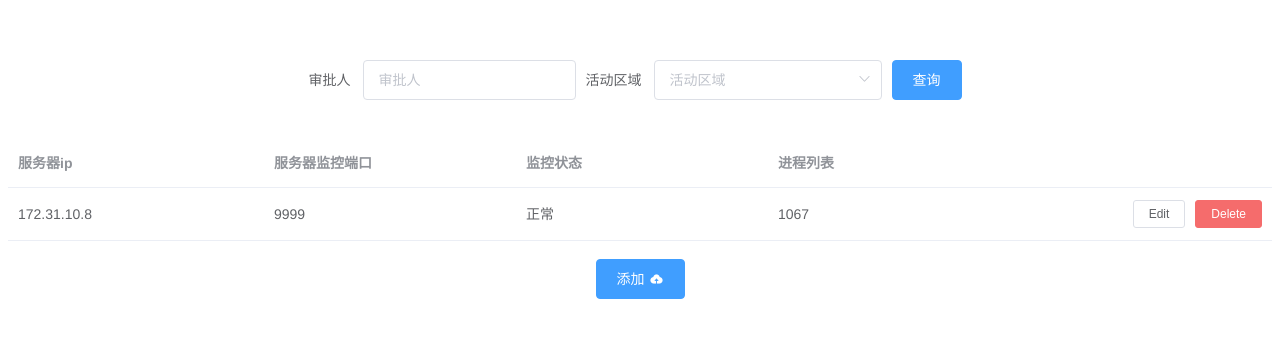
Repository: jiuceng1/monitor
Page: /#/show (app in nmonvue/)
An editor plug-in stored every save of this project. The page is shown before and after the next save, followed by the edit.
The browser window is 1280 px wide. The pictures show the whole page.
The project was rebuilt for these pictures with package versions that can differ from the ones it lists, and the page was loaded fresh each time. Also part of the build but not shown: nmonvue/src/components/HelloWorld.vue.

Above is the page before, as saved 2022-01-13 11:08:52.

### nmonvue/index.html
<!DOCTYPE html>
<html>
  <head>
    <meta charset="utf-8">
    <meta name="viewport" content="width=device-width,initial-scale=1.0">
    <title>nmonvue</title>
  </head>
  <body>
    <div id="app"></div>
    <!-- built files will be auto injected -->
  </body>
</html>

### nmonvue/src/router/index.js
import Vue from 'vue'
import Router from 'vue-router'
import HelloWorld from '@/components/HelloWorld'

Vue.use(Router)

export default new Router({
  routes: [
    {
      path: '/',
      name: 'HelloWorld',
      component: HelloWorld
    },{
      path: '/show',
      name: 'show',
      component:()=>import('@/view/show')
    }
  ]
})

### nmonvue/src/view/show.vue
<template>
    <div>
        <el-form :inline="true" :model="formInline" class="demo-form-inline">
        <el-form-item label="审批人">
            <el-input v-model="formInline.user" placeholder="审批人"></el-input>
        </el-form-item>
        <el-form-item label="活动区域">
            <el-select v-model="formInline.region" placeholder="活动区域">
            <el-option label="区域一" value="shanghai"></el-option>
            <el-option label="区域二" value="beijing"></el-option>
            </el-select>
        </el-form-item>
        <el-form-item>
            <el-button type="primary">查询</el-button>
        </el-form-item>
        </el-form>
        <br/>
    <el-table
    :data="tableData.filter(data => !search || data.name.toLowerCase().includes(search.toLowerCase()))"
    style="width: 100%">
    <el-table-column
      label="服务器ip"
      prop="ip">
    </el-table-column>
    <el-table-column
      label="服务器监控端口"
      prop="port">
    </el-table-column>
    <el-table-column
      label="监控状态"
      prop="state">
    </el-table-column>
    <el-table-column
      label="进程列表"
      prop="processList">
    </el-table-column>
    <el-table-column
      align="right">
      <template slot-scope="scope">
        <el-button
          size="mini"
          @click="handleEdit(scope.$index, scope.row)">Edit</el-button>
        <el-button
          size="mini"
          type="danger"
          @click="handleDelete(scope.$index, scope.row)">Delete</el-button>
      </template>
    </el-table-column>
  </el-table>
  <br/>
  <el-button type="primary" @click="showEnable=true">添加<i class="el-icon-upload el-icon--right"></i></el-button>
  <el-dialog title="添加服务器" :visible.sync="showEnable">
  <el-form :model="form">
    <el-form-item label="服务器ip" :label-width="formLabelWidth">
      <el-input v-model="form.ip" autocomplete="off"></el-input>
    </el-form-item>
    <el-form-item label="服务器账号" :label-width="formLabelWidth">
      <el-input v-model="form.account" autocomplete="off"></el-input>
    </el-form-item>
    <el-form-item label="服务器密码" :label-width="formLabelWidth">
      <el-input v-model="form.password" autocomplete="off"></el-input>
    </el-form-item>
    <el-form-item label="监控端口" :label-width="formLabelWidth">
      <el-input v-model="form.port" autocomplete="off"></el-input>
    </el-form-item>
    <el-form-item label="监控进程列表" :label-width="formLabelWidth">
      <el-input v-model="form.processList" autocomplete="off"></el-input>
    </el-form-item>
  </el-form>
  <div slot="footer" class="dialog-footer">
    <el-button @click="showEnable = false">取 消</el-button>
    <el-button type="primary" @click="update()">确 定</el-button>
  </div>
</el-dialog>
</div>
</template>

<script>
import axios from 'axios'
  export default {
    data() {
      return {
          formInline: {
          user: '',
          region: ''
        },
        showEnable: false,
        tableData: [{
          ip: '172.31.10.8',
          port: '9999',
          state: '正常',
          processList: '1067'
        }],
        search: '',
        form: {
          ip: '',
          account: '',
          password: '',
          port: '',
          processList: '',
        },
        formLabelWidth: '120px'
      }
    },
    methods: {
      handleEdit(index, row) {
        this.tableData.splice(index,1)
      },
      handleDelete(index, row) {
        this.tableData.splice(index,1)
      },
      update(){
        axios({
            url : 'http://127.0.0.1:8000/api/testapi/',
            method : 'post',
            data : this.form,
        }).then((response)=>{
            console.log(response.data)
            if(response.data=='True'){
                this.tableData.push({
                ip: this.form.ip,
                port: this.form.port,
                state: '正常',
                processList: this.form.processList
                })
            }
        })
        this.showEnable=false
      }
    },
  }
</script>

Loaded but not shown: nmonvue/src/main.js (common file); nmonvue/src/App.vue (common file)

After the next save:
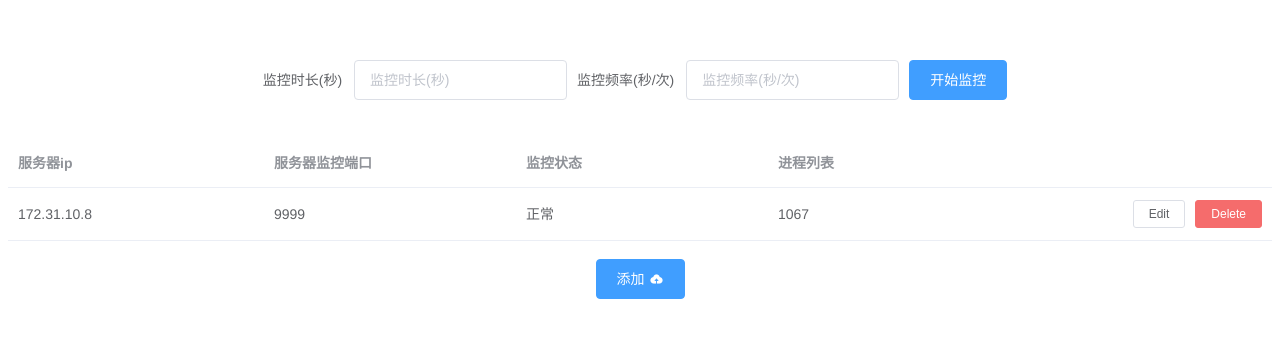
Saved 78 s later.
--- a/nmonvue/src/view/show.vue
+++ b/nmonvue/src/view/show.vue
@@ -1,17 +1,14 @@
 <template>
     <div>
         <el-form :inline="true" :model="formInline" class="demo-form-inline">
-        <el-form-item label="审批人">
-            <el-input v-model="formInline.user" placeholder="审批人"></el-input>
+        <el-form-item label="监控时长(秒)">
+            <el-input v-model="formInline.user" placeholder="监控时长(秒)"></el-input>
         </el-form-item>
-        <el-form-item label="活动区域">
-            <el-select v-model="formInline.region" placeholder="活动区域">
-            <el-option label="区域一" value="shanghai"></el-option>
-            <el-option label="区域二" value="beijing"></el-option>
-            </el-select>
+        <el-form-item label="监控频率(秒/次)">
+            <el-input v-model="formInline.user" placeholder="监控频率(秒/次)"></el-input>
         </el-form-item>
         <el-form-item>
-            <el-button type="primary">查询</el-button>
+            <el-button type="primary">开始监控</el-button>
         </el-form-item>
         </el-form>
         <br/>
